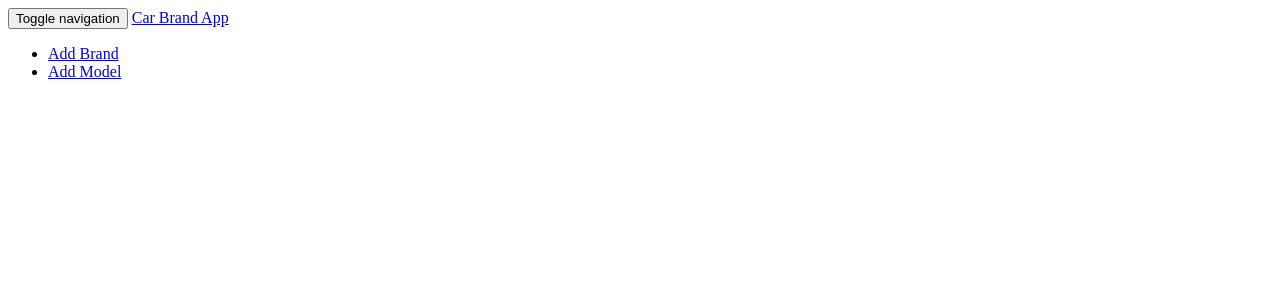
Repository: alupinacci/Finall-Brand-App
Page: http://localhost/nav.php
The author's editor kept a record of every edit. The page is drawn from the files as they stood at one moment, then again after the next edit.
The browser window is 1280 px wide. The pictures show the whole page.
The page is run by PHP 8.4 with error messages shown; the project is at /var/www/html/.

Above is the page before.

### nav.php
<nav class="navbar navbar-inverse navbar-fixed-top">
  <div class="container">

    <div class="navbar-header">
      <button type="button" class="navbar-toggle collapsed" data-toggle="collapse" data-target="#navbar" aria-expanded="false" aria-controls="navbar">
        <span class="sr-only">Toggle navigation</span>
        <span class="icon-bar"></span>
        <span class="icon-bar"></span>
        <span class="icon-bar"></span>
      </button>
      <a class="navbar-brand" href="/">Car Brand App</a>
    </div>


    <div id="navbar" class="collapse navbar-collapse">
      <ul class="nav navbar-nav">
        <li><a href="brandForm.php">Add Brand</a></li>
        <li><a href="modelForm.php">Add Model</a></li>
      </ul>
    </div><!--/.nav-collapse -->


  </div>
</nav>

After the next edit:
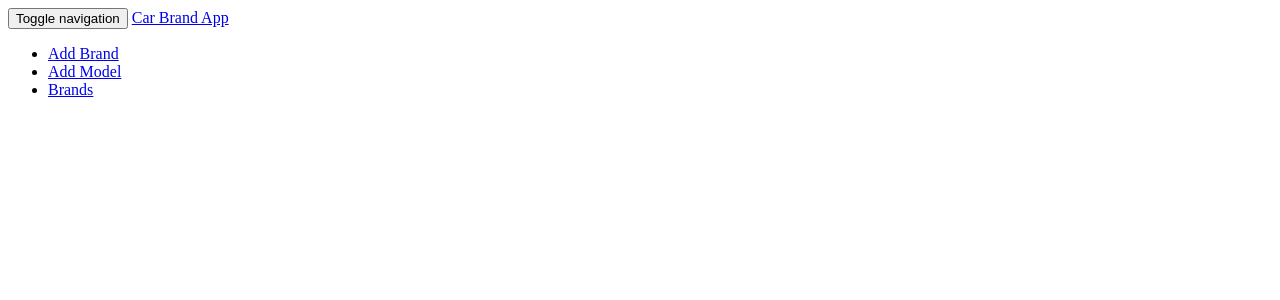
The edit:
--- a/nav.php
+++ b/nav.php
@@ -14,8 +14,9 @@
 
     <div id="navbar" class="collapse navbar-collapse">
       <ul class="nav navbar-nav">
-        <li><a href="brandForm.php">Add Brand</a></li>
-        <li><a href="modelForm.php">Add Model</a></li>
+        <li><a href="brandForm.php"> Add Brand </a></li>
+        <li><a href="modelForm.php"> Add Model </a></li>
+        <li><a href="brandList.php"> Brands </a></li>
       </ul>
     </div><!--/.nav-collapse -->
 
